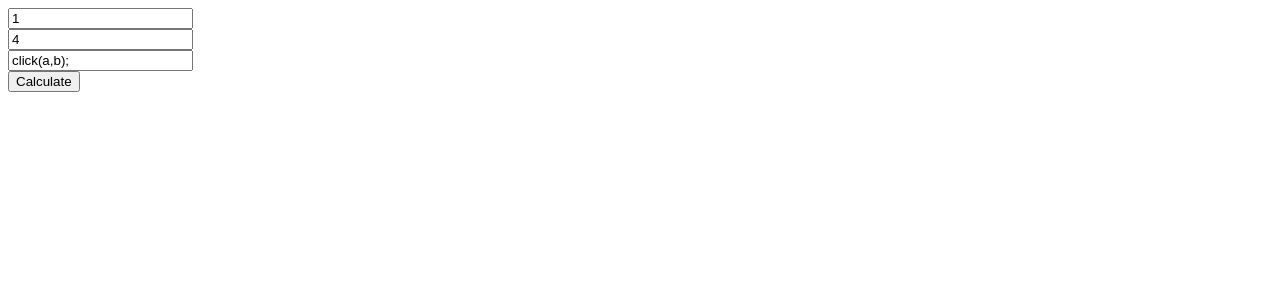
Repository: KhudanJeugene/StudyingInHillel
Page: Calculator/WebContent/Calc1.html
These files come from the project's save history. The page is drawn as it stood at one moment and after the next save; the edit follows.
The browser window is 1280 px wide. The pictures show the whole page.

Above is the page before, as saved 2016-02-07 17:00:30.

### Calculator/WebContent/Calc1.html
<!DOCTYPE html>
<html>
<head>
<meta charset="UTF-8">
<title>Add two numbers</title>
</head>
<body>
	<form>
		<input type="text" id="a" value="1"> <br>
		<input type="text" id="b" value="4"> <br>
		<input type="text" id="res" value=click(a,b);><br>
		<input type="button" value="Calculate" onclick="calc(a,b,res);">
	</form>
	<script type="text/javascript">
	function calc()
	{
		var a = parseInt(document.getElementById("a"));
		var b = parseInt(document.getElementById("b"));
		var res = a + b;
		alert(res);
	}
	</script>
</body>
</html>

After the next save:
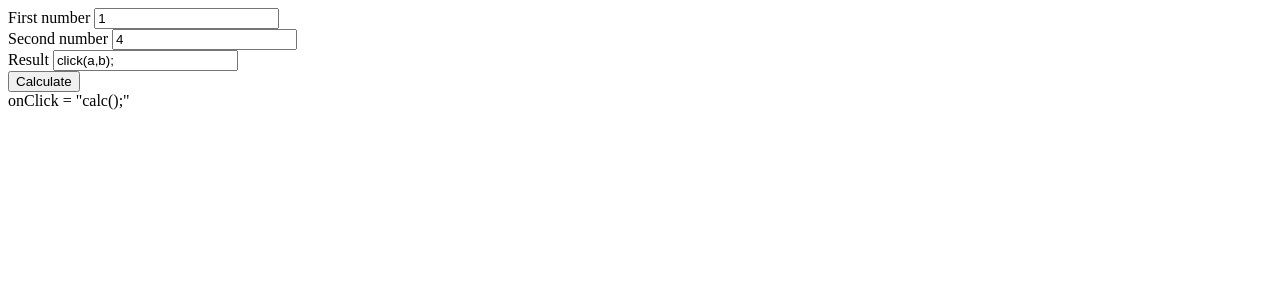
Console error: SyntaxError: Unexpected token ';'
Saved 42 min 32 s later.
--- a/Calculator/WebContent/Calc1.html
+++ b/Calculator/WebContent/Calc1.html
@@ -5,16 +5,17 @@
 <title>Add two numbers</title>
 </head>
 <body>
-	<form>
-		<input type="text" id="a" value="1"> <br>
-		<input type="text" id="b" value="4"> <br>
-		<input type="text" id="res" value=click(a,b);><br>
+	<form name="form1">
+		First number <input type="text" name="txt1" value="1"> <br>
+		Second number <input type="text" name="txt2" value="4"> <br>
+		Result <input type="text" name="res" value=click(a,b);><br>
 		<input type="button" value="Calculate" onclick="calc(a,b,res);">
+		<div>onClick = "calc();"</div>
 	</form>
 	<script type="text/javascript">
 	function calc()
 	{
-		var a = parseInt(document.getElementById("a"));
+		var a = document.forms.txt1.;
 		var b = parseInt(document.getElementById("b"));
 		var res = a + b;
 		alert(res);
